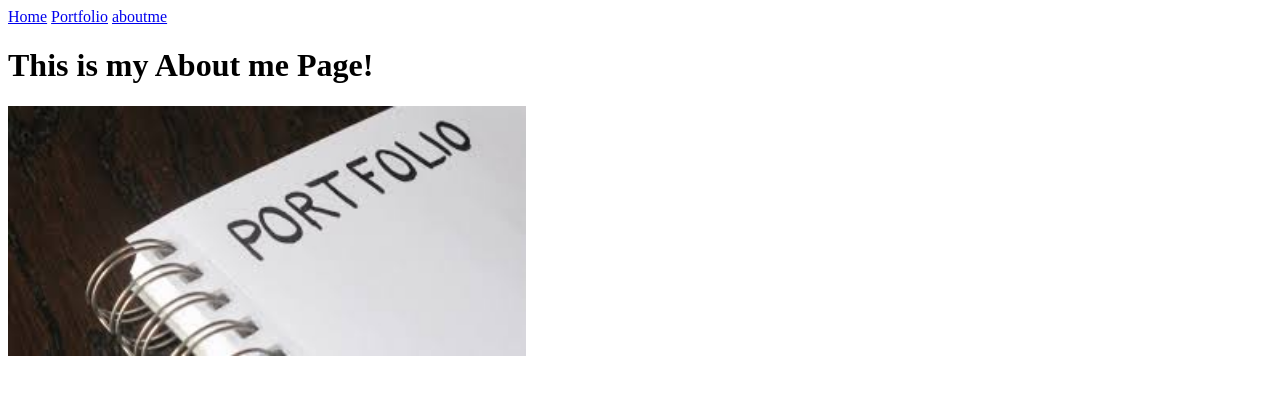
Repository: adelacerda2631/adelacerda.github.io
Page: my_website/aboutme.html
The author's editor kept a record of every edit. The page is drawn from the files as they stood at one moment, then again after the next edit.
The browser window is 1280 px wide. The pictures show the whole page.

Above is the page before.

After the next edit:
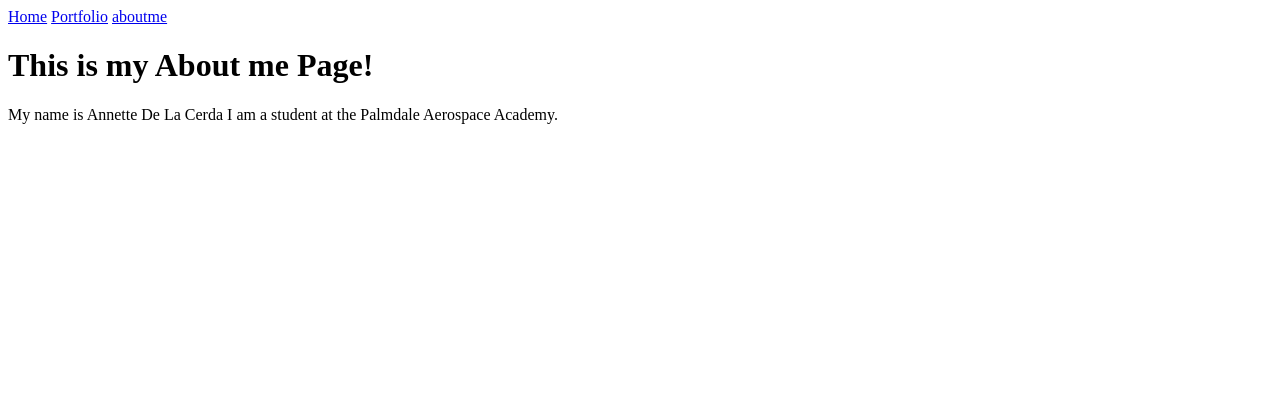
The edit:
--- a/my_website/aboutme.html
+++ b/my_website/aboutme.html
@@ -9,8 +9,6 @@
     <a href="portfolio.html">Portfolio</a>
         <a href="aboutme.html">aboutme</a>
     <h1>This is my About me Page!</h1>
-    <img src="images/portfolio.jpg" height="250">
-    <br>
-
+    <p>My name is Annette De La Cerda I am a student at the Palmdale Aerospace Academy.</p>
 	  </body>
 	</html>
